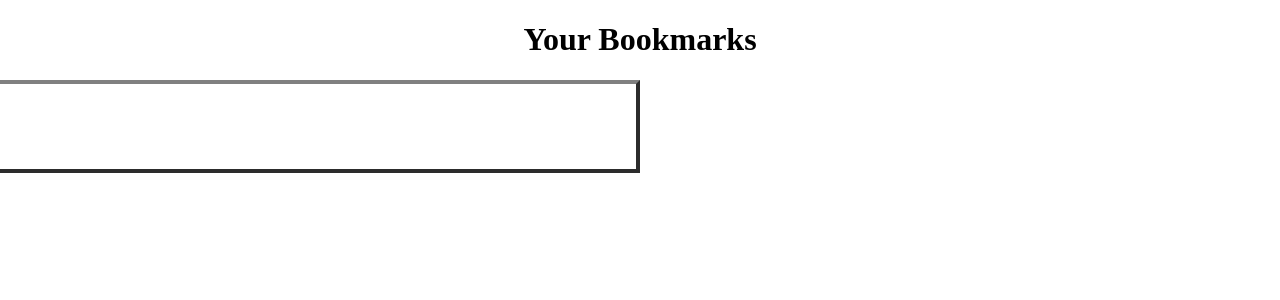
Repository: PA055/Manga-Bookmarks
Page: index.html
These files come from the project's save history. The page is drawn as it stood at one moment and after the next save; the edit follows.
The browser window is 1280 px wide. The pictures show the whole page.

Above is the page before, as saved 2023-03-11 11:08:47.

### index.html
<!DOCTYPE html>
<html lang="en">
  <head>
    <meta charset="utf-8" />
    <meta name="viewport" content="width=device-width, initial-scale=1" />
    <meta name="theme-color" content="#000000" />
    <title>New Bookmark</title>
    <link rel="stylesheet" href="./main.css">
  </head>
  <body>
    <noscript>You need to enable JavaScript to run this app.</noscript>
    <h1>Your Bookmarks</h1>
    <a href="new.html" class="button">Add a new bookmark</a>
    <div id="root"></div>
  </body>
</html>

### main.css
h1 {
    width: 100%;
    text-align: center;
}

.button {
    display: block;
    padding: 5px;
    margin: auto;
    text-decoration: none;
    height: 75px;
    border: 4px gray outset;
    color: black;
    transform: translateX(-50%);
    -webkit-transform: translateX(-50%);
    -moz-transform: translateX(-50%);
    -ms-transform: translateX(-50%);
    -o-transform: translateX(-50%);
}

.button:hover {
    border-style: inset;
}

After the next save:
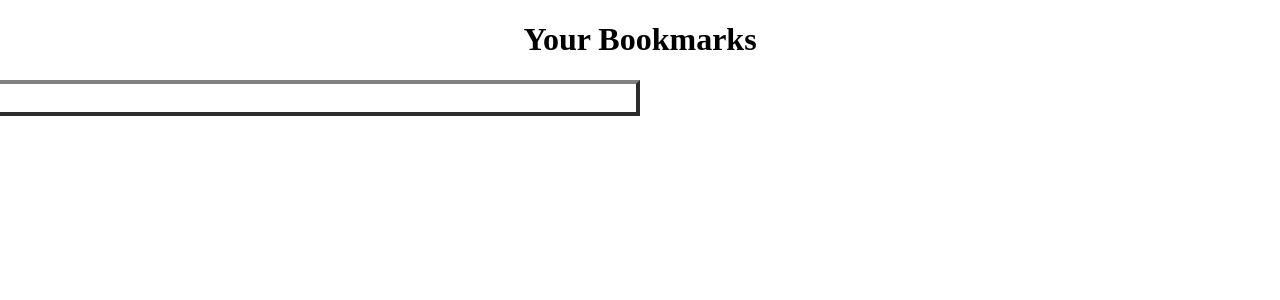
Saved 13 s later.
--- a/main.css
+++ b/main.css
@@ -8,7 +8,6 @@ h1 {
     padding: 5px;
     margin: auto;
     text-decoration: none;
-    height: 75px;
     border: 4px gray outset;
     color: black;
     transform: translateX(-50%);
